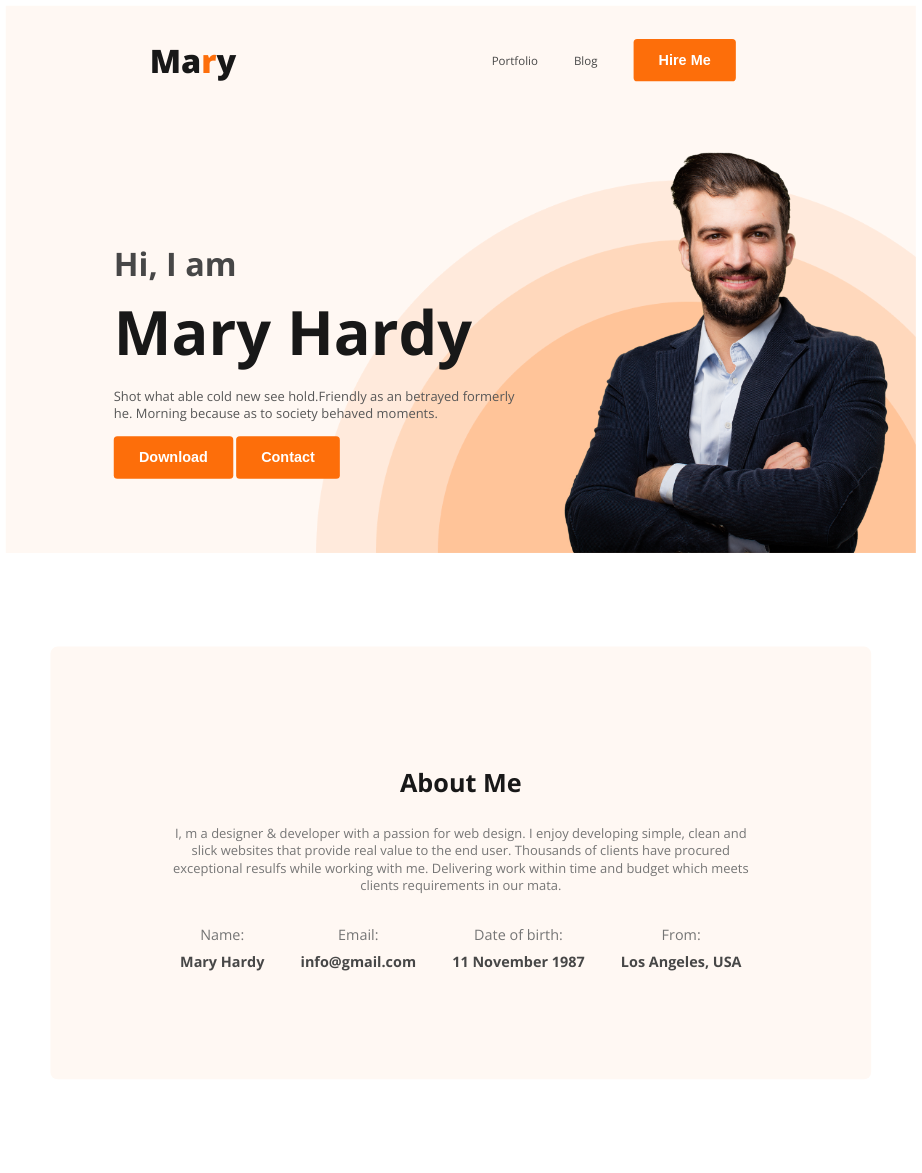
Repository: ShouravAhammed/Simple-Portfolio-Webpage
Page: index.html
The author's editor kept a copy of each file at every save. The page is drawn from the files as they stood at one save, then again after the next save.
The browser window is 1280 px wide. The pictures show the whole page, at 72% of full size.

Above is the page before, as saved 2024-01-06 01:54:59.

### index.html
<!DOCTYPE html>
<html lang="en">
<head>
    <meta charset="UTF-8">
    <meta name="viewport" content="width=device-width, initial-scale=1.0">
    <title>Mary</title>
    <link rel="stylesheet" href="index.css">
</head>
<body>
    <header class="header">
        <nav>
            <h3 class="nav-title">Ma<span class="text-primary">r</span>y</h3>
            <ul class="navber">
                <li><a href="">Portfolio</a></li>
                <li><a href="">Blog</a></li>
                <li><button class="btn-primary">Hire Me</button></li>
            </ul>
        </nav>
        <div class="banner">
            <div class="banner-content">
                <h3 class="banner-greeting">Hi, I  am</h3>
                <h1 class="banner-title">Mary Hardy</h1>
                <p class="banner-description">Shot what able cold new see hold.Friendly as an betrayed formerly he. Morning because as to society behaved moments.</p>
                <button class="btn-primary">Download</button>
                <button class="btn-primary">Contact</button>
            </div>
            <img class="profile-pic" src="images/hardy.png" alt="profile-pic">
        </div>
    </header>
    <main>
        <section class="about">
            <h3 class="section-title">About Me</h3>
            <p class="section-description">I, m a designer & developer with a passion for web design. I enjoy developing simple, clean and slick websites that provide real value to the end user. Thousands of clients have procured exceptional resulfs while working with me. Delivering work within time and budget which meets clients requirements in our mata.</p>
            <div class="about-info-container">
                <div class="about-info">
                    <h4 class="info-title">Name:</h4>
                    <p class="info-description">Mary Hardy</p>
                </div>
                <div class="about-info">
                    <h4 class="info-title">Email:</h4>
                    <p class="info-description">info@gmail.com</p>
                </div>
                <div class="about-info">
                    <h4 class="info-title">Date of birth:</h4>
                    <p class="info-description">11 November 1987</p>
                </div>
                <div class="about-info">
                    <h4 class="info-title">From:</h4>
                    <p class="info-description">Los Angeles, USA</p>
                </div>
            </div>
        </section>
        <!-- what i do section  -->
        <section>
            <h3 class="section-title"></h3>
            <p class="section-description"></p>
        </section>
    </main>
    <footer>

    </footer>
</body>
</html>

### index.css
@import url('https://fonts.googleapis.com/css2?family=Lato:ital,wght@0,100;0,300;0,400;0,700;0,900;1,100;1,300;1,400;1,700;1,900&display=swap');
@import url('https://fonts.googleapis.com/css2?family=Open+Sans:ital,wght@0,300;0,400;0,500;0,600;0,700;0,800;1,300;1,400;1,500;1,600;1,700;1,800&display=swap');
/* google fonts import */
/* *{
    margin: 0;
    padding: 0;
    outline: 0;
} */
ul, ol{
    list-style: none;
}
body{
    font-family: 'Open Sans', sans-serif;
}
.text-primary{
    color: #FD6E0A;
}
.btn-primary{
    border-radius: 5px;
    color: #fff;
    background: #FD6E0A;
    font-size: 20px;
    font-weight: 700;
    padding: 18px 35px;
    border: 0;
}

/* nav related style */
nav{
    display: flex;
    justify-content: space-between;
    align-items: center;
    margin: 0 200px;
}
.nav-title{
    color: #181818;
    font-size: 45px;
    font-weight: 800;
}
nav > ul{
    display: flex;
    align-items: center;
}
nav li{
    margin-right: 50px;
}
nav a{
    text-decoration: none;
    color: #474747;
}
/* header related style */
.header{
    background: #FFF8F3;
    background-image: url(images/header_bg.png);
    background-position: bottom right;
    background-repeat: no-repeat;
}
.banner{
    display: flex;
    justify-content: space-between;
    padding: 30px 30px 0px 150px;
    align-items: center;
}
.banner-content{
    max-width: 580px;
}
.banner .profile-pic{
    width: 500px;
}
.banner-greeting{
    color: #474747;
    font-size: 45px;
    margin-bottom: 0;
}
.banner-title{
    color: #181818;
    font-size: 85px;
    font-weight: 700;
    margin-top: 5px;
    margin-bottom: 20px;
}
.banner-description{
    color: #575757;
    font-size: 18px;
    font-weight: 400;
    margin-bottom: 20px;
}
/* main part style */
main{
    max-width: 1140px;
    margin: 0 auto;
}
/* about part style */
.about{
    border-radius: 10px;
    background: #FFF8F3;
    margin: 130px 0px;
    padding: 130px 155px;
}
.section-title{
    color: #181818;
    text-align: center;
    font-size: 35px;
    font-weight: 700;
}
.section-description{
    color: #757575;
    text-align: center;
    font-size: 18px;
    font-weight: 400;
}
.about-info-container{
    display: flex;
    justify-content: space-around;
}
.about-info{
    text-align: center;
}
.info-title{
    color:  #757575;
    text-align: center;
    font-size: 20px;
    font-weight: 400;
    margin-bottom: 0px;
}
.info-description{
    color:#474747;
    font-size: 20px;
    font-weight: 700;
    margin-top: 10px;
}

After the next save:
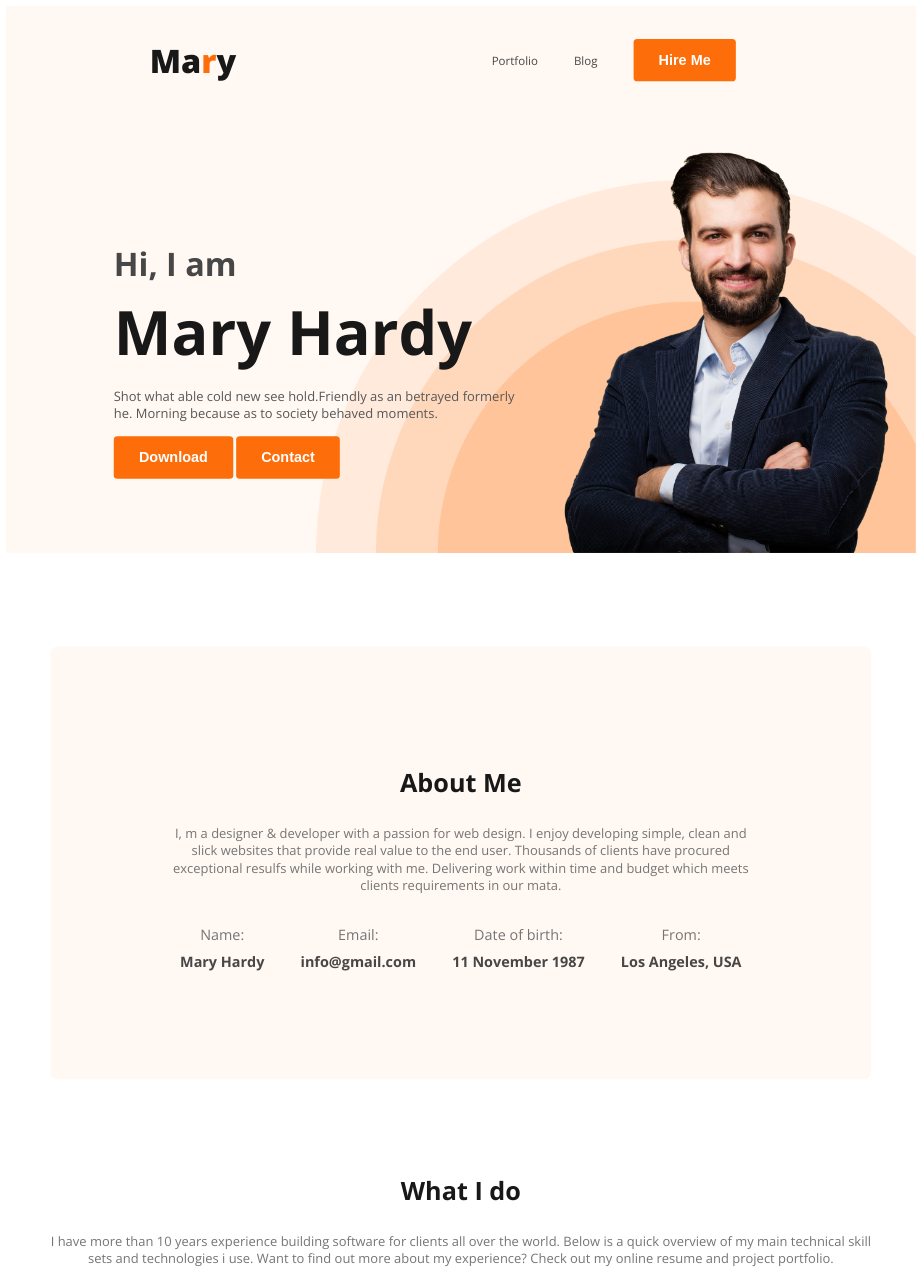
Saved 100 s later.
--- a/index.html
+++ b/index.html
@@ -52,9 +52,11 @@
         </section>
         <!-- what i do section  -->
         <section>
-            <h3 class="section-title"></h3>
-            <p class="section-description"></p>
+            <h3 class="section-title">What I do</h3>
+            <p class="section-description">I have more than 10 years experience building software for clients all over the world. Below is a quick overview of my main technical skill sets and technologies i use. Want to find out more about my experience? Check out my online resume and project portfolio.</p>
+
         </section>
+
     </main>
     <footer>
 
